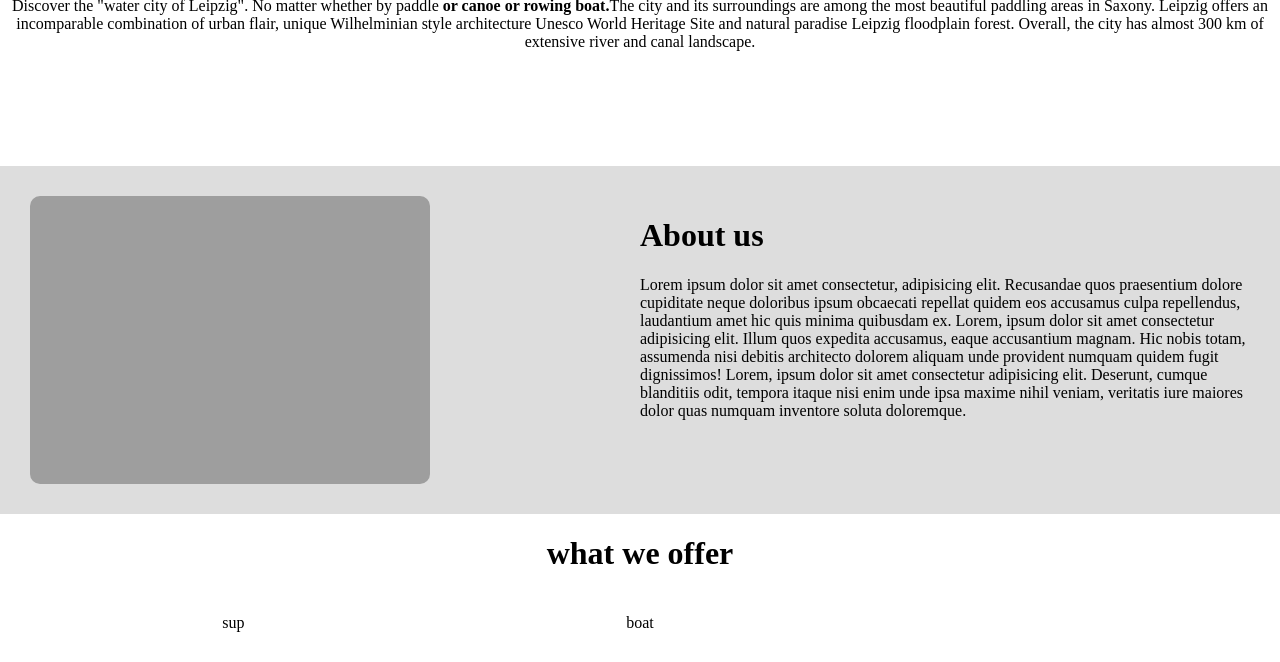
Repository: joseluis2289/Responsive-club-website
Page: index.html
These files come from the project's save history. The page is drawn as it stood at one moment and after the next save; the edit follows.
The browser window is 1280 px wide. The pictures show the part of the page from y = 840 to 1792 px (the page is 1502 px tall before and 1792 px after).
Pictures or frames that could not be fetched are drawn as grey boxes.

Above is the page before, as saved 2021-08-23 17:38:33.

After the next save:
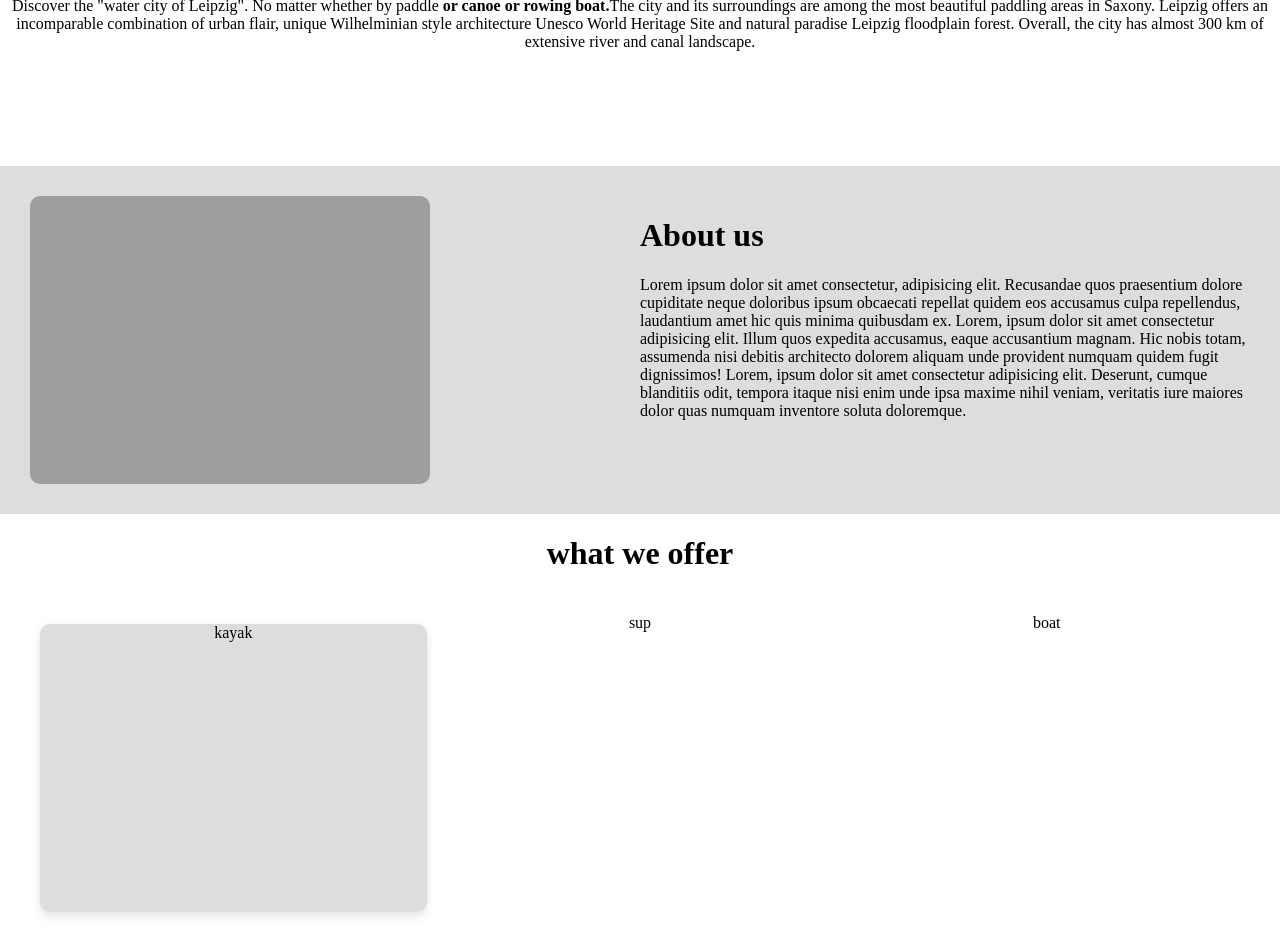
Saved 6 s later.
--- a/index.html
+++ b/index.html
@@ -43,7 +43,7 @@
 
 <h1 class="tittle-what-we-offer">what we offer</h1>
 <section class="what-we-offer">
-    <!-- <div class="kayak">kayak</div> -->
+     <div class="kayak">kayak</div>
     <!-- <img src="./origami boat.png" alt=""> -->
     <div class="sup">sup</div>
     <div class="boat">boat</div>
